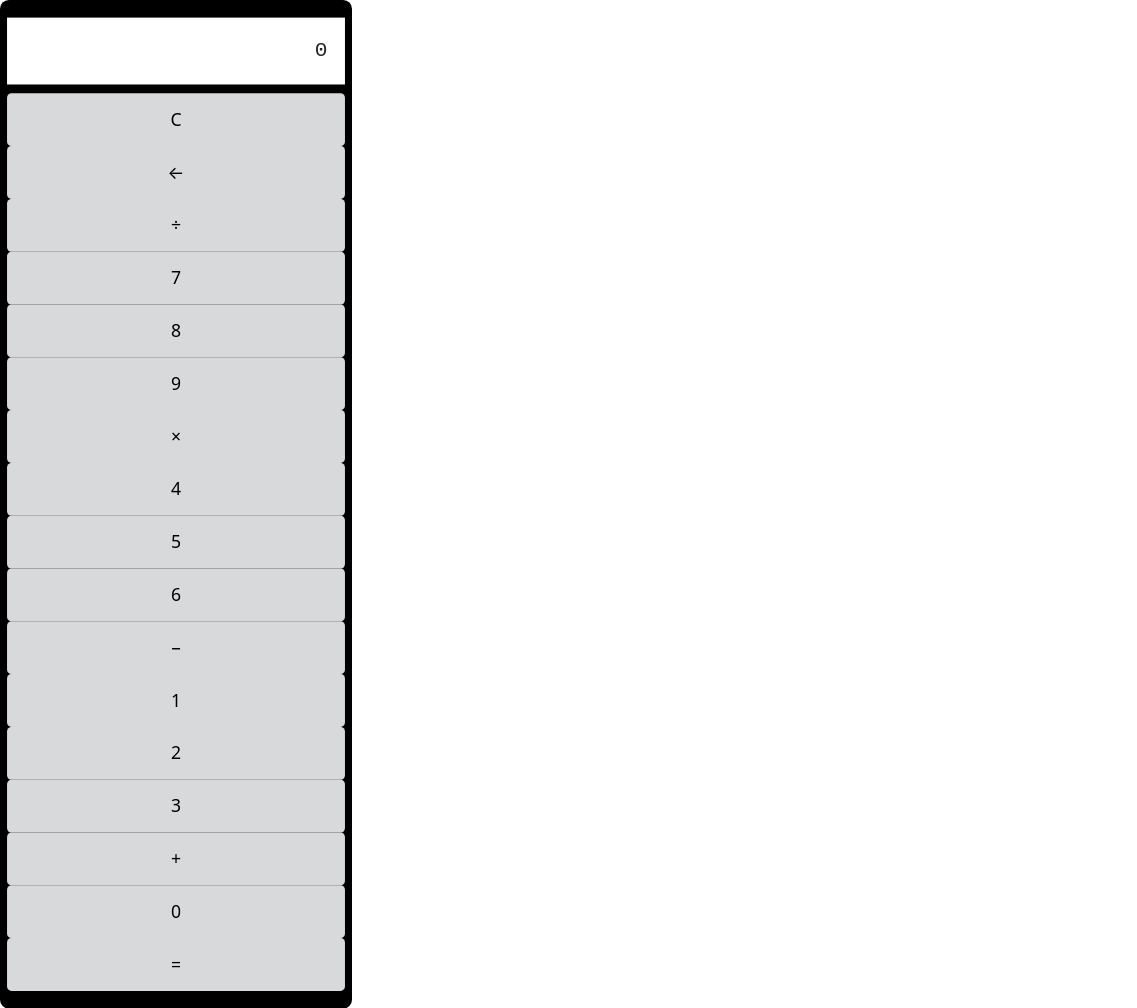
Repository: jgramirez0210/LAB-calculator
Page: index.html
The author's editor kept a copy of each file at every save. The page is drawn from the files as they stood at one save, then again after the next save.
The browser window is 1280 px wide. The page is 1280 px wide, then 1292 px, so the pictures cover 1292 px, including what lies to the right of the window. The pictures show the whole page, at 88% of full size.

Above is the page before, as saved 2023-10-10 20:51:21.

After the next save:
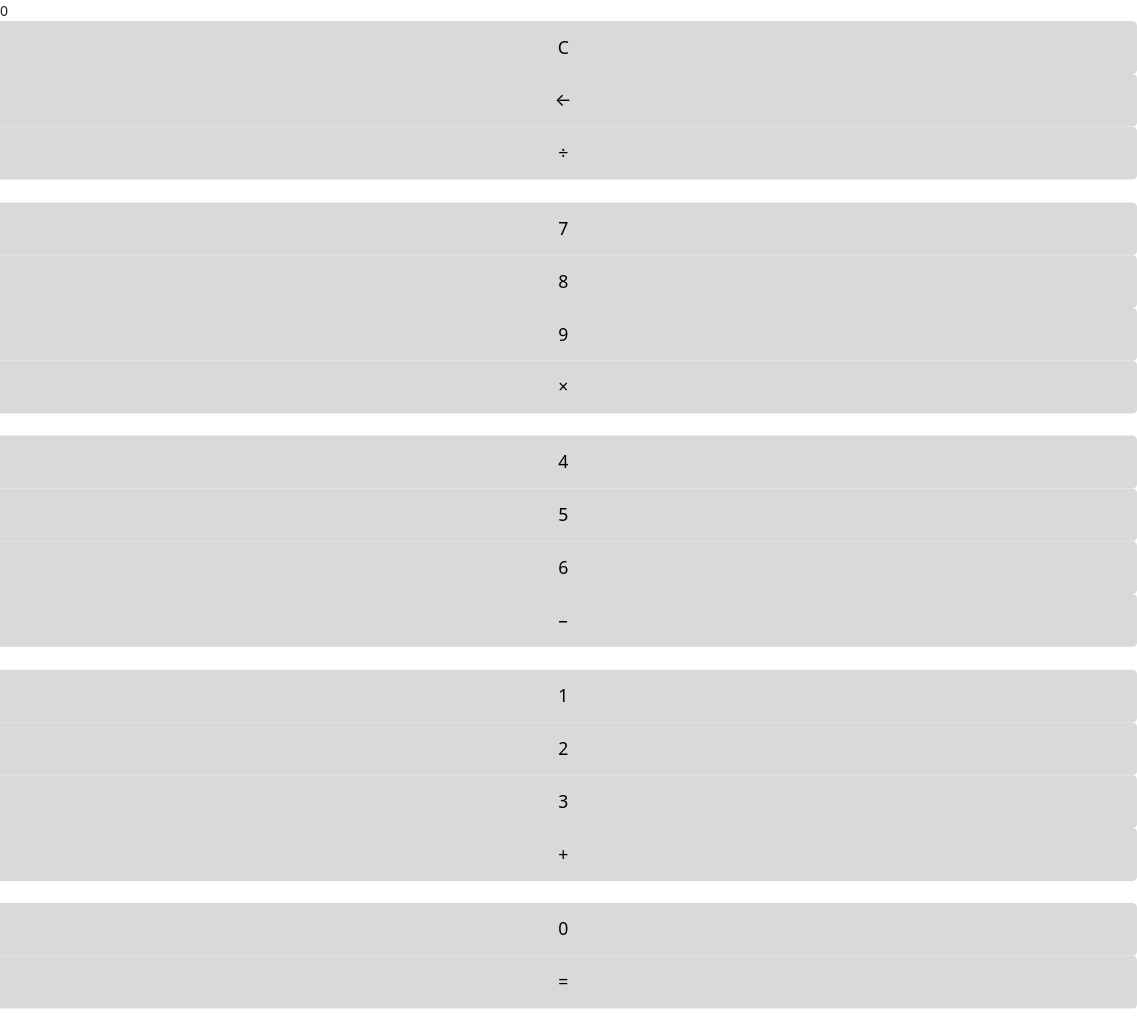
Saved 60 s later.
--- a/main.css
+++ b/main.css
@@ -1,11 +1,11 @@
-.calculator-wrapper {
+.calculator {
   width: 400px;
   background-color: #000000;
   padding: 20px;
   border-radius: 10px;
 }
 
-#display {
+.display {
   font-family: monospace;
   background-color: #ffffff;
   padding: 20px;
@@ -17,18 +17,19 @@
 .row {
   display: flex;
   justify-content: space-between;
-  margin-bottom: 2$;
+  margin-bottom: 2%; /* 0.5% of 400px is 2px, so 2% of margin-bottom */
 }
 
 button {
   width: 24.5%;
-  padding:15px;
+  padding: 15px;
   font-size: 20px;
   background-color: #d8d9db;
   border: none;
   border-radius: 5px;
   transition: background-color 0.3s;
 }
+
 button:hover {
   background-color: #ebebeb;
 }
